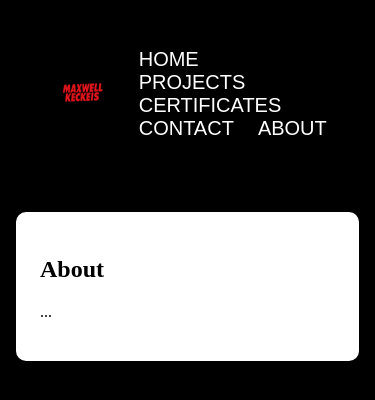
Repository: Maxwell-Keckeis/Maxwell-Keckeis.github.io
Page: about.html
The author's editor kept a copy of each file at every save. The page is drawn from the files as they stood at one save, then again after the next save.
The browser window is 375 px wide. The pictures show the whole page.
Some web fonts or font styles are not loaded; a fallback is used.

Above is the page before, as saved 2026-02-06 15:57:57.

### about.html
<!DOCTYPE html>
<html lang="en">
<head>
    <meta charset="UTF-8">
      <meta name="viewport" content="width=device-width, initial-scale=1.0">
      <title>MEK</title>

      <link rel="preconnect" href="https://fonts.googleapis.com">
      <link rel="preconnect" href="https://fonts.gstatic.com" crossorigin>
      <link href="https://fonts.googleapis.com/css2?family=Anton+SC&display=swap" rel="stylesheet">

      <link rel="stylesheet" href="css/styles.css">
</head>
<body>
    <header>
        <div class="header-inner">

            <a href="./index.html">
                <img src="./assets/images/max_logo.png" alt="logo for max" width="200" height="200">
            </a>

            <nav>
                <a href="./index.html">HOME</a>
                <a href="./projects.html">PROJECTS</a>
                <a href="./certificates.html">CERTIFICATES</a>
                <a href="./contact.html">CONTACT</a>
                <a href="./about.html">ABOUT</a>
            </nav>
        </div>
    </header>

    <section class="about-content">
        <h2>About</h2>
            <p>...</p>
</section>
</body>
</html>

### css/styles.css


.anton-sc-regular {
    font-family: "Anton SC", sans-serif;
    font-weight: 400;
    font-style: normal;
}

body {
    background-color: black;
    margin: 0;
}
header {
    display: flex;
    align-items: center;
    gap: 20px;
    padding: 48px;
    background-color: transparent;
    backdrop-filter: blur(3px);
    -webkit-backdrop-filter: blur(3px);
    position: sticky;
    top: 0;
    z-index: 1000;
}

.header-inner {
    max-width: 1200px;
    margin: 0 auto;
    display: flex;
    align-items: center;
    width: 100%;
}

h1 {
    margin: 0;
}

nav {
    margin-left: auto;
}

nav a {
    font-family: 'Anton SC', sans-serif;
    font-size: 20px;
    color: white;
    text-decoration: none;
    margin-left: 20px;
    position: relative;
}

nav a::after {
    content: "";
    position: absolute;
    left: 0;
    bottom: -10px;
    width: 100%;
    height: 2px;
    background-color: red;
    opacity: 0;
}
nav a:hover::after {
    opacity: 1;
}

main {
    height: 200vh;
    padding: 0 1rem;
    box-sizing: border-box;
    max-width: 800px;
    margin: 0 auto;
    font-family: 'Anton SC', sans-serif;
    font-size: 15px;
    color: white;
}

img {
    max-width: 100%;
    height: auto;
    display: block;
}

.project-card {
  position: relative;
  display: inline-block;
  width: 350px;
  height: 500px;
  overflow: hidden;
  text-decoration: none;
  background: black; /* fallback when image fades */
}

.project-card img {
  width: 100%;
  height: 100%;
  object-fit: cover;
  display: block;
  transition: opacity 300ms ease;
}

/* overlay container */
.project-card .overlay {
  position: absolute;
  inset: 0; /* shorthand for top/left/right/bottom: 0 */

  display: flex;
  flex-direction: column;
  justify-content: center;
  align-items: center;

  color: white;
  text-align: center;

  opacity: 0;
  transform: translateY(30px);
  transition: opacity 300ms ease, transform 300ms ease;
}

/* hover behavior */
.project-card:hover img {
  opacity: 0;
}

.project-card:hover .overlay {
  opacity: 1;
  transform: translateY(0);
}

.about-content{
  background: white;
  color: black;

  max-width: 900px;
  margin: 80px auto;     /* centers, keeps black around it */
  padding: 48px;
  border-radius: 12px;   /* optional */
}

/* Mobile: keep centered block, just reduce spacing */
@media (max-width: 600px){
  .about-content{
    margin: 24px 16px;   /* keeps black margin on both sides */
    padding: 24px;
    border-radius: 10px; /* optional */
  }
}

After the next save:
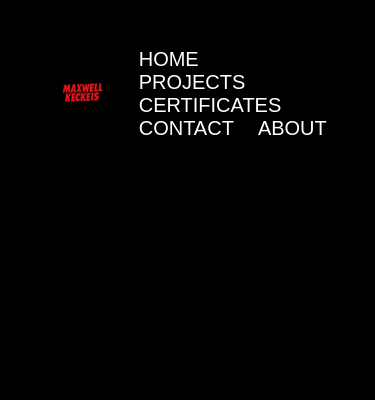
Saved 4 min 31 s later.
--- a/css/styles.css
+++ b/css/styles.css
@@ -125,21 +125,28 @@
   transform: translateY(0);
 }
 
-.about-content{
+/* FULL-WIDTH WHITE BACKGROUND */
+.about-section {
   background: white;
-  color: black;
-
-  max-width: 900px;
-  margin: 80px auto;     /* centers, keeps black around it */
-  padding: 48px;
-  border-radius: 12px;   /* optional */
+  width: 100%;
+  padding: 80px 0;   /* vertical spacing only */
 }
 
-/* Mobile: keep centered block, just reduce spacing */
-@media (max-width: 600px){
-  .about-content{
-    margin: 24px 16px;   /* keeps black margin on both sides */
-    padding: 24px;
-    border-radius: 10px; /* optional */
+/* CENTERED CONTENT BLOCK */
+.about-content {
+  color: black;
+  max-width: 900px;
+  margin: 0 auto;    /* centers content */
+  padding: 48px;
+}
+
+/* MOBILE */
+@media (max-width: 600px) {
+  .about-section {
+    padding: 40px 0;
+  }
+
+  .about-content {
+    padding: 24px 16px;
   }
 }
